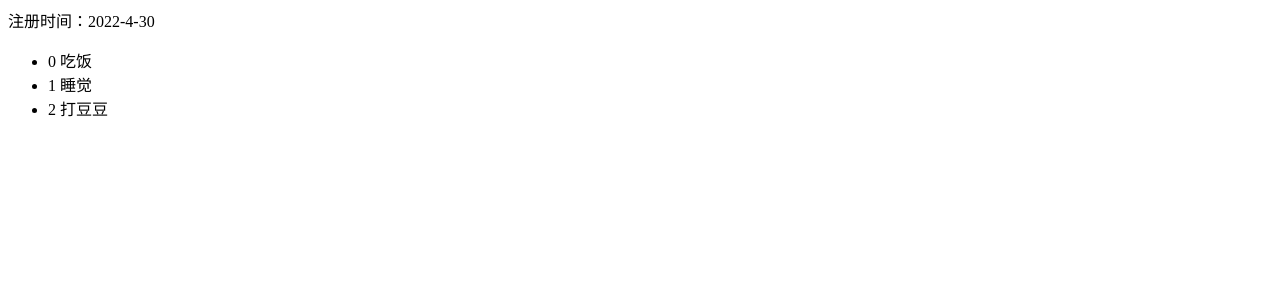
Repository: Bluesouls/eliauk.github.io
Page: Ajax学习笔记/day02/03模板引擎的使用.html
These files come from the project's save history. The page is drawn as it stood at one moment and after the next save; the edit follows.
The browser window is 1280 px wide. The pictures show the whole page.

Above is the page before, as saved 2022-05-01 15:28:56.

### Ajax学习笔记/day02/03模板引擎的使用.html
<!DOCTYPE html>
<html lang="en">

<head>
  <meta charset="UTF-8">
  <meta http-equiv="X-UA-Compatible" content="IE=edge">
  <meta name="viewport" content="width=device-width, initial-scale=1.0">
  <title>传统方式渲染UI结构</title>
  <script src="./lib/jquery.js"></script>
  <!--1. 导入模板引擎 -->
  <!-- 在 window 全局,多一个函数,叫做 template('模板的ID',需要渲染的数据对象) -->

  <script src="./lib/template-web.js"></script>
</head>

<body>
  <div id="container"></div>
  <!-- 3. 定义模板 -->
  <!-- 3.1 模板的 HTML 结构，必须定义到 script 中 -->
  <script type="text/html" id="tpl-user">
    <div>注册时间：{{regTime|dateFormat}}</div>
    <ul>
      {{each hobby}}
      <li>
        {{$index}} {{$value}}
      </li>
      {{/each}}
    </ul>
  </script>
  <script type="text/javascript">
    // 定义一个格式化时间的过滤器 dateFormat
    // data 是形参，对应的 regTime 是实参
    template.defaults.imports.dateFormat = function (date) {
      var y = date.getFullYear()
      var m = date.getMonth() + 1
      var d = date.getDate()

      return y + '-' + m + '-' + d
    }
    // 2. 定义需要渲染的数据
    var data = {
      title: '<h3>用户信息</h3>',
      name: 'zs',
      age: 20,
      isVIP: true,
      regTime: new Date(),
      hobby: ['吃饭', '睡觉', '打豆豆']
    }

    // 4. 调用 template 函数
    // template('模板的ID',需要渲染的数据对象)
    var htmlStr = template('tpl-user', data)
    console.log(htmlStr)
    // 5. 渲染 HTML 结构
    $('#container').html(htmlStr)
  </script>
</body>

</html>

Loaded but not shown: Ajax学习笔记/day02/lib/jquery.js (library); Ajax学习笔记/day02/lib/template-web.js (library)

After the next save:
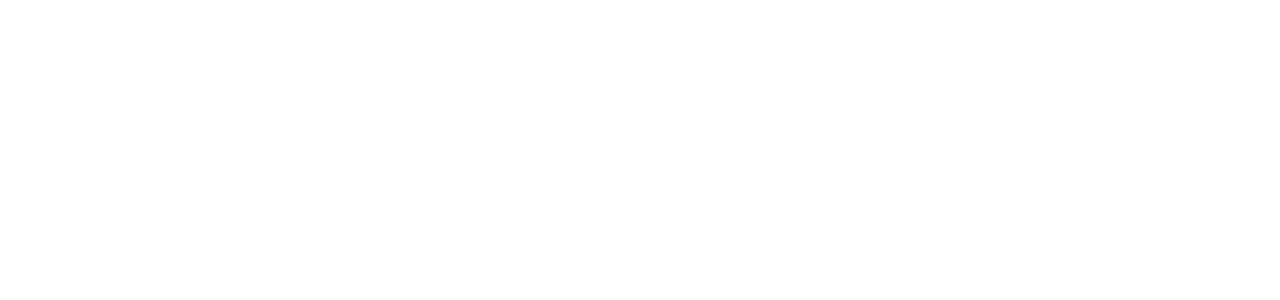
Console error (its wording comes from the project's code and is left out).
Saved 14 s later.
--- a/Ajax学习笔记/day02/03模板引擎的使用.html
+++ b/Ajax学习笔记/day02/03模板引擎的使用.html
@@ -22,7 +22,7 @@
     <ul>
       {{each hobby}}
       <li>
-        {{$index}} {{$value}}
+        {{$index}-----} {{$value}}
       </li>
       {{/each}}
     </ul>

After the save that followed:
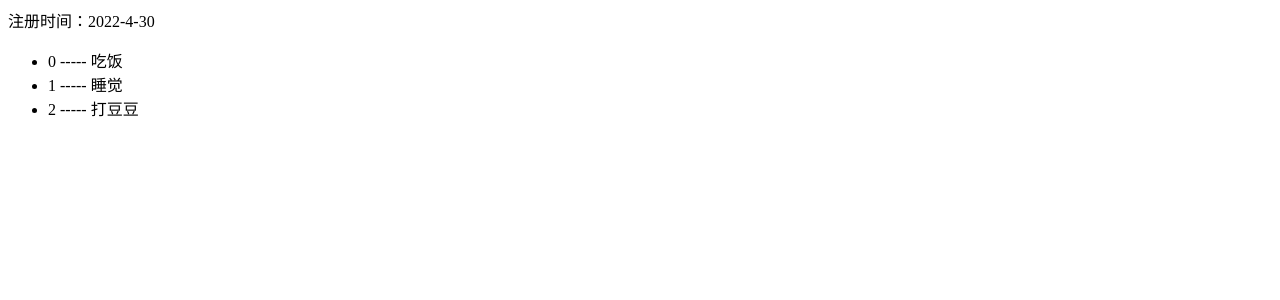
The error is gone.
Saved 12 s later.
--- a/Ajax学习笔记/day02/03模板引擎的使用.html
+++ b/Ajax学习笔记/day02/03模板引擎的使用.html
@@ -22,7 +22,7 @@
     <ul>
       {{each hobby}}
       <li>
-        {{$index}-----} {{$value}}
+        {{$index}} ----- {{$value}}
       </li>
       {{/each}}
     </ul>
